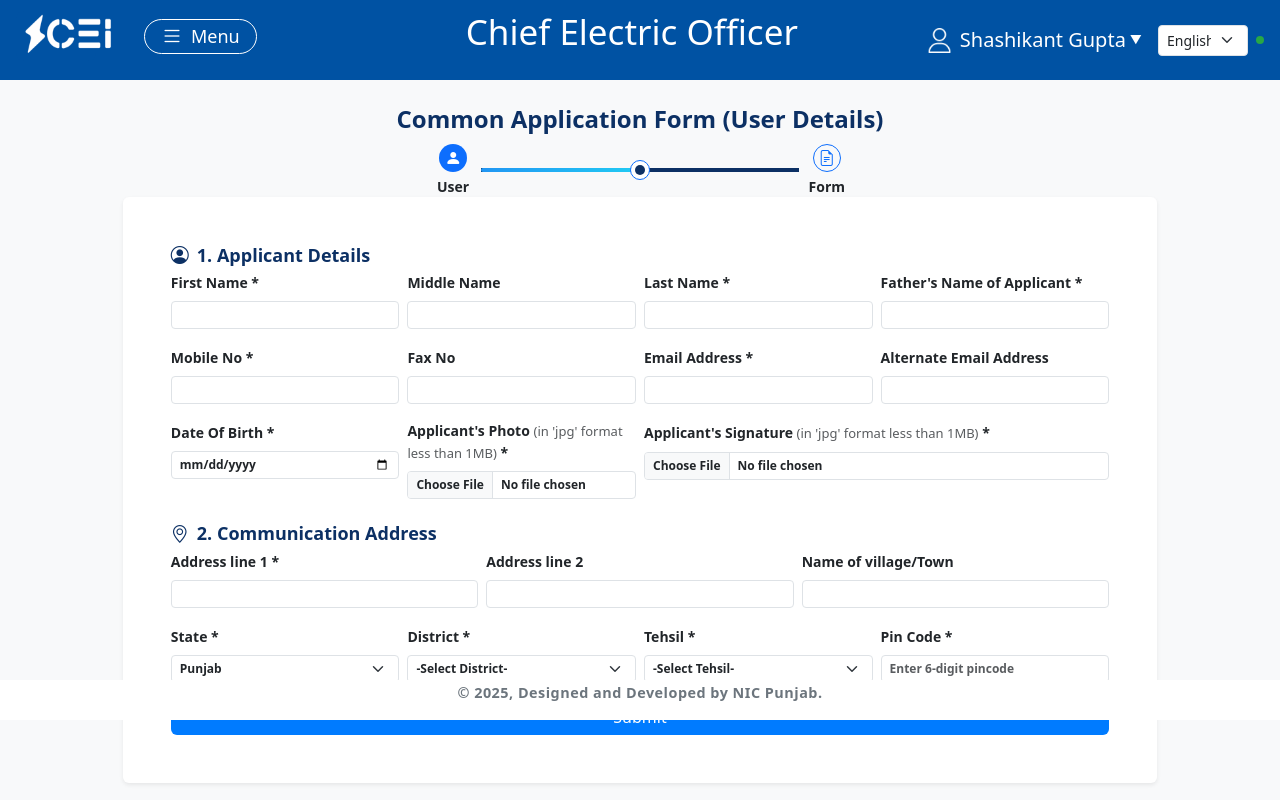
Repository: shashikantdev93-gif/CEI-sept
Page: /RegisterationForm
These files come from the project's save history. The page is drawn as it stood at one moment and after the next save; the edit follows.
The browser window is 1280 px wide. The pictures show the whole page.
The page's requests for data from a server got no answer. The project was rebuilt for these pictures with package versions that can differ from the ones it lists, and the page was loaded fresh each time. No one was signed in, and anything a server would have sent is missing. Also part of the build but not shown: vite.config.ts, src/styles/sidebar-zoom.css, src/components/PageComponent/Sidebar.tsx, src/components/PageComponent/Header2.tsx, src/components/PageComponent/PageHeader.tsx, src/components/Illustration/Illustration.tsx, src/components/CardContainer/CardContainer.tsx, src/hooks/useFormValidation.ts and 8 more. Imported but missing from the stored project, and not drawn on this page: src/components/ui.

Above is the page before, as saved 2025-07-28 08:51:43.

After the next save:
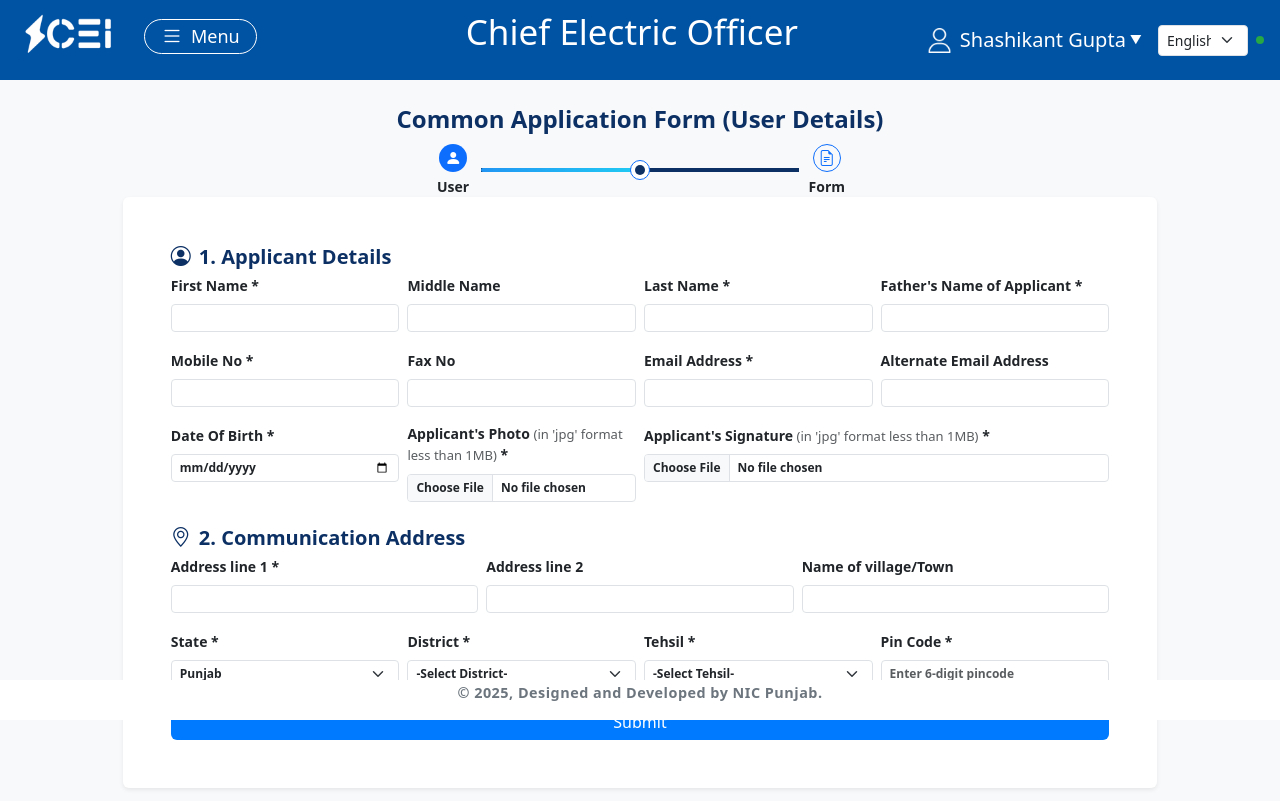
Saved 4 s later.
--- a/src/styles/main.css
+++ b/src/styles/main.css
@@ -92,7 +92,7 @@
 }
 
 .registeration-bg h6 {
-  font-size: 18px !important;
+  font-size: 20px !important;
   font-weight: 700 !important;
 }
 

After the save that followed:
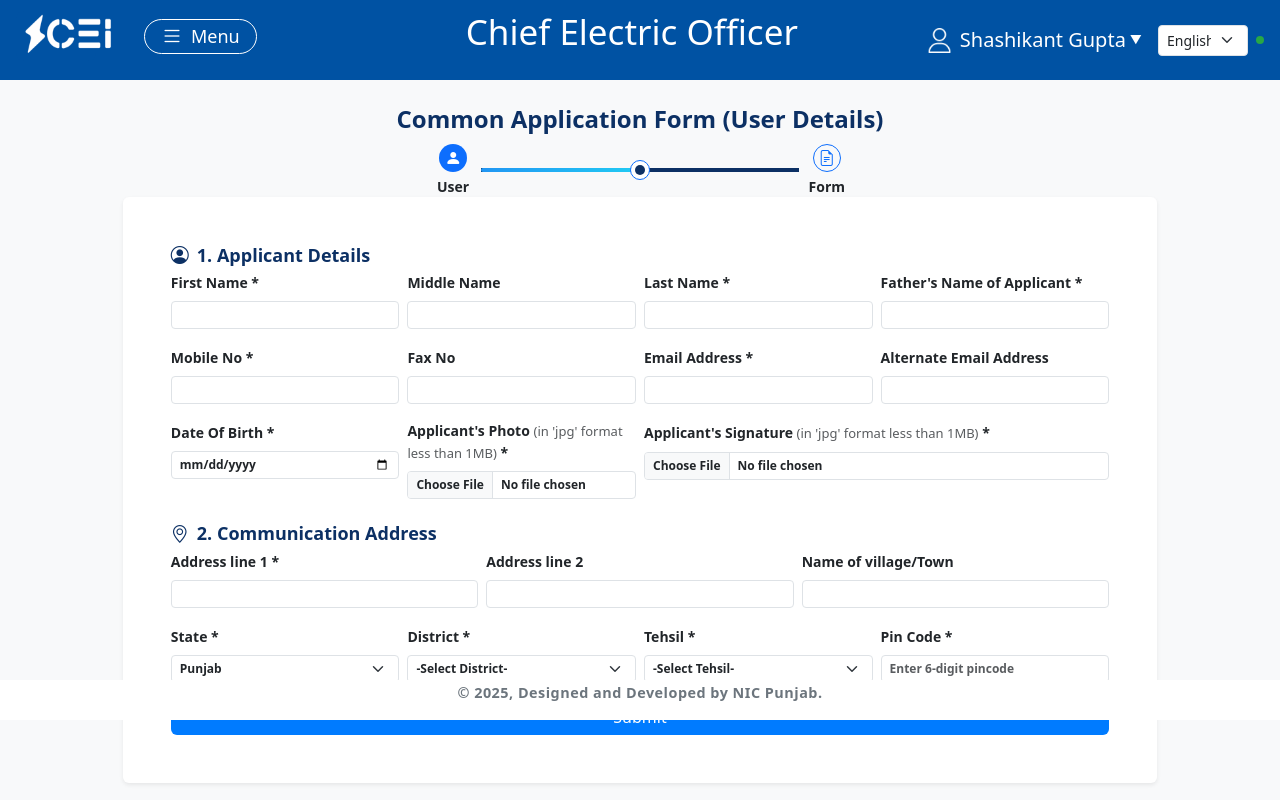
Saved 5 s later.
--- a/src/styles/main.css
+++ b/src/styles/main.css
@@ -92,7 +92,7 @@
 }
 
 .registeration-bg h6 {
-  font-size: 20px !important;
+  font-size: 18px !important;
   font-weight: 700 !important;
 }
 
